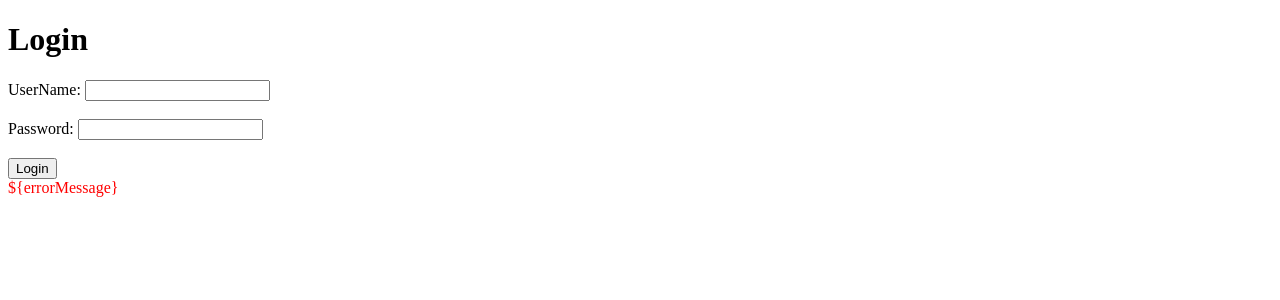
Repository: KnOX-07/eclipse-workspace
Page: LoginPage/src/main/webapp/index.html
These files come from the project's save history. The page is drawn as it stood at one moment and after the next save; the edit follows.
The browser window is 1280 px wide. The pictures show the whole page.

Above is the page before, as saved 2024-08-06 16:40:39.

After the next save:
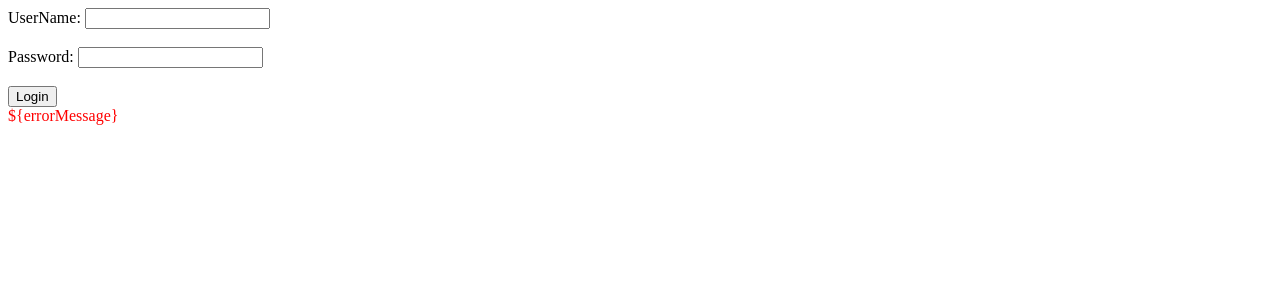
Saved 55 s later.
--- a/LoginPage/src/main/webapp/index.html
+++ b/LoginPage/src/main/webapp/index.html
@@ -4,7 +4,6 @@
     <title>Login Page</title>
 </head>
 <body>
-    <h1>Login</h1>
     <form action="LoginServlet" method="post">
         <label for="username">UserName:</label>
         <input type="text" id="username" name="username" required><br><br>
@@ -15,5 +14,6 @@
     <div id="error" style="color: red;">
         <!-- Error message will be displayed here -->
         ${errorMessage}
+    </div>
 </body>
 </html>
